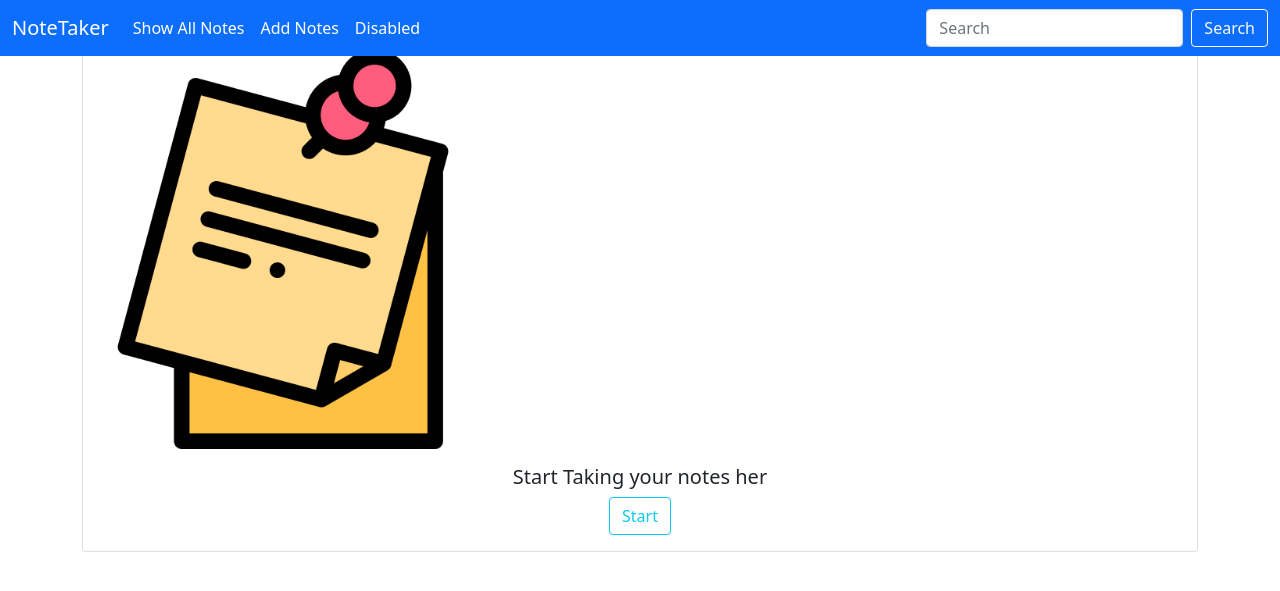
Repository: Shubham-Kumar-cmd/Hibernate
Page: http://localhost/NoteTakerApp/
An editor plug-in stored every save of this project. The page is shown before and after the next save, followed by the edit.
The browser window is 1280 px wide. The pictures show the whole page.
The page is served by Tomcat 9. Other server files are loaded and not shown.

Above is the page before, as saved 2023-02-08 08:40:12.

### NoteTakerApp/src/main/webapp/index.jsp
<%@ page language="java" contentType="text/html; charset=ISO-8859-1"
	pageEncoding="ISO-8859-1"%>
	<%@include file="header.jsp" %>
<!DOCTYPE html>
<html>
<head>
<meta charset="ISO-8859-1">
<link
	href="https://cdn.jsdelivr.net/npm/bootstrap@5.0.2/dist/css/bootstrap.min.css"
	rel="stylesheet"
	integrity="sha384-EVSTQN3/azprG1Anm3QDgpJLIm9Nao0Yz1ztcQTwFspd3yD65VohhpuuCOmLASjC"
	crossorigin="anonymous">
<title>Header</title>
</head>
<body>

	<div class="container text-center">
		<div class="card mt-5">
		  <img src="img/sticky-notes.png" style="max-width: 400px;" class="card-img-top" alt="...">
		  <div class="card-body">
		    <h5 class="card-title">Start Taking your notes her</h5>
		    <a href="addNotes.jsp" class="btn btn-outline-info">Start</a>
		  </div>
		</div>
	</div>

</body>
</html>

### NoteTakerApp/src/main/webapp/header.jsp
<%@ page language="java" contentType="text/html; charset=ISO-8859-1"
	pageEncoding="ISO-8859-1"%>
<!DOCTYPE html>
<html>
<head>
<meta charset="ISO-8859-1">
<link
	href="https://cdn.jsdelivr.net/npm/bootstrap@5.0.2/dist/css/bootstrap.min.css"
	rel="stylesheet"
	integrity="sha384-EVSTQN3/azprG1Anm3QDgpJLIm9Nao0Yz1ztcQTwFspd3yD65VohhpuuCOmLASjC"
	crossorigin="anonymous">
<title>Header</title>
</head>
<body>
	<nav class="navbar navbar-expand-lg navbar-primary bg-primary fixed-top">
		<div class="container-fluid">
			<a class="navbar-brand text-white" href="addNotes.jsp">NoteTaker</a>

			<div class="collapse navbar-collapse" id="navbarSupportedContent">
				<ul class="navbar-nav me-auto mb-2 mb-lg-0">
					<li class="nav-item"><a class="nav-link active text-white"
						aria-current="page" href="showAllNotes.jsp">Show All Notes</a></li>
					<li class="nav-item"><a class="nav-link text-white" href="addNotes.jsp">Add Notes</a></li>

					<li class="nav-item"><a class="nav-link text-white" href="#"
						tabindex="-1" aria-disabled="false">Disabled</a></li>
				</ul>
				<form class="d-flex">
					<input class="form-control me-2" type="search" placeholder="Search"
						aria-label="Search">
					<button class="btn btn-outline-light" type="submit">Search</button>
				</form>
			</div>
		</div>
	</nav>
</body>
</html>

After the next save:
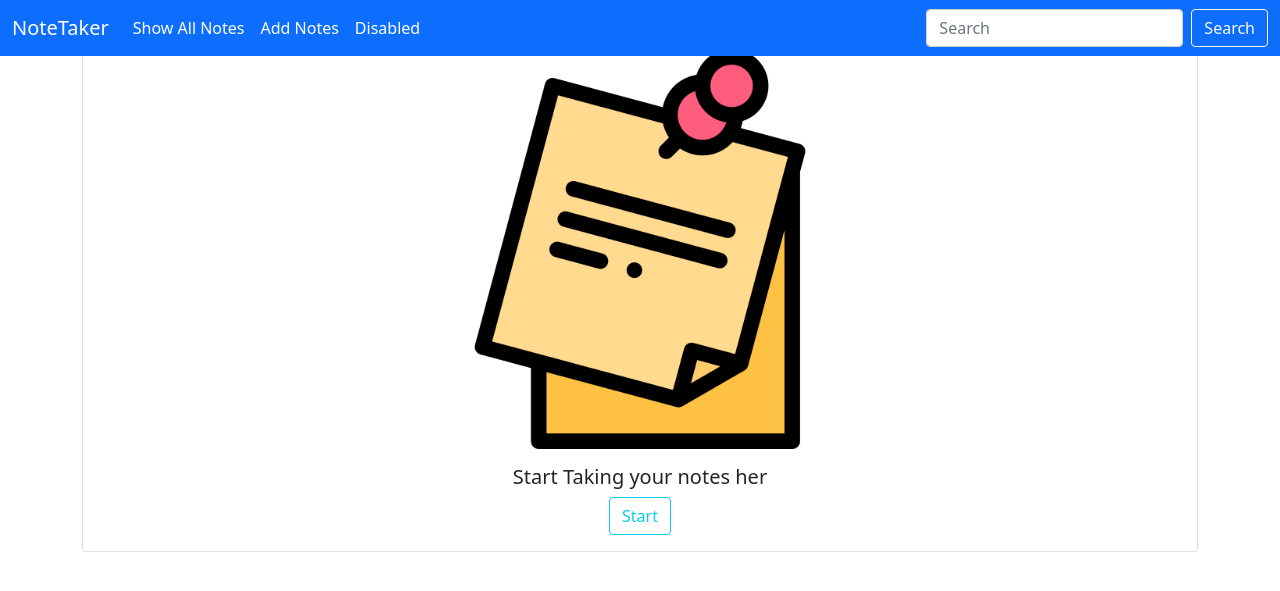
Saved 41 s later.
--- a/NoteTakerApp/src/main/webapp/index.jsp
+++ b/NoteTakerApp/src/main/webapp/index.jsp
@@ -16,7 +16,7 @@
 
 	<div class="container text-center">
 		<div class="card mt-5">
-		  <img src="img/sticky-notes.png" style="max-width: 400px;" class="card-img-top" alt="...">
+		  <img src="img/sticky-notes.png" style="max-width: 400px;" class="img-fluid mx-auto" alt="...">
 		  <div class="card-body">
 		    <h5 class="card-title">Start Taking your notes her</h5>
 		    <a href="addNotes.jsp" class="btn btn-outline-info">Start</a>
